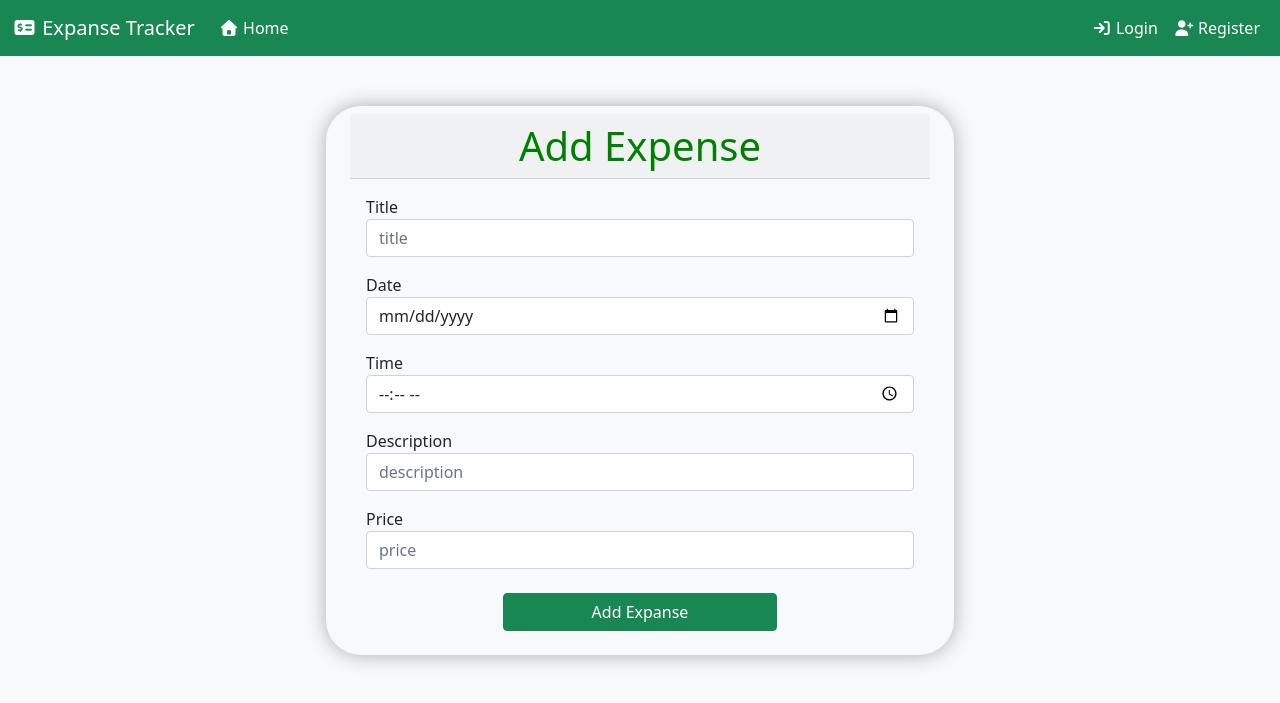
Repository: Hashim-Ansari-82/Java_Project
Page: http://localhost/Online_Expanse_Tracker/user/add_expense.jsp
The author's editor kept a copy of each file at every save. The page is drawn from the files as they stood at one save, then again after the next save.
The browser window is 1280 px wide. The pictures show the whole page.
Some web libraries are served in a nearby version. The page is served by Tomcat 9.

Above is the page before, as saved 2026-05-26 12:17:17.

After the next save:
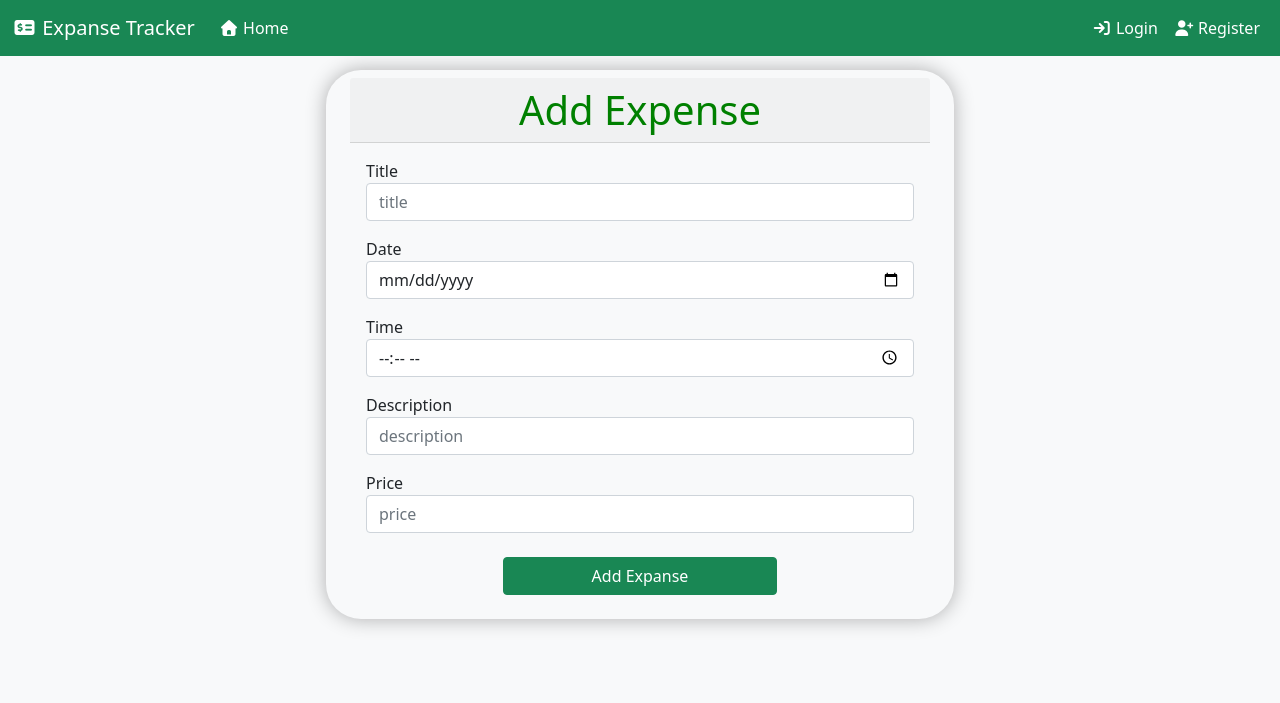
Saved 7 s later.
--- a/Online_Expanse_Tracker/src/main/webapp/user/add_expense.jsp
+++ b/Online_Expanse_Tracker/src/main/webapp/user/add_expense.jsp
@@ -19,7 +19,7 @@
 	<div
 		class="container-fluid d-flex justify-content-center
 	align-items-center"
-		style="height: 90vh;">
+		style="height: 80vh;">
 
 		<div class="card-sh py-2 px-4 row"
 			style="width: 50%; border-radius: 35px;">

After the save that followed:
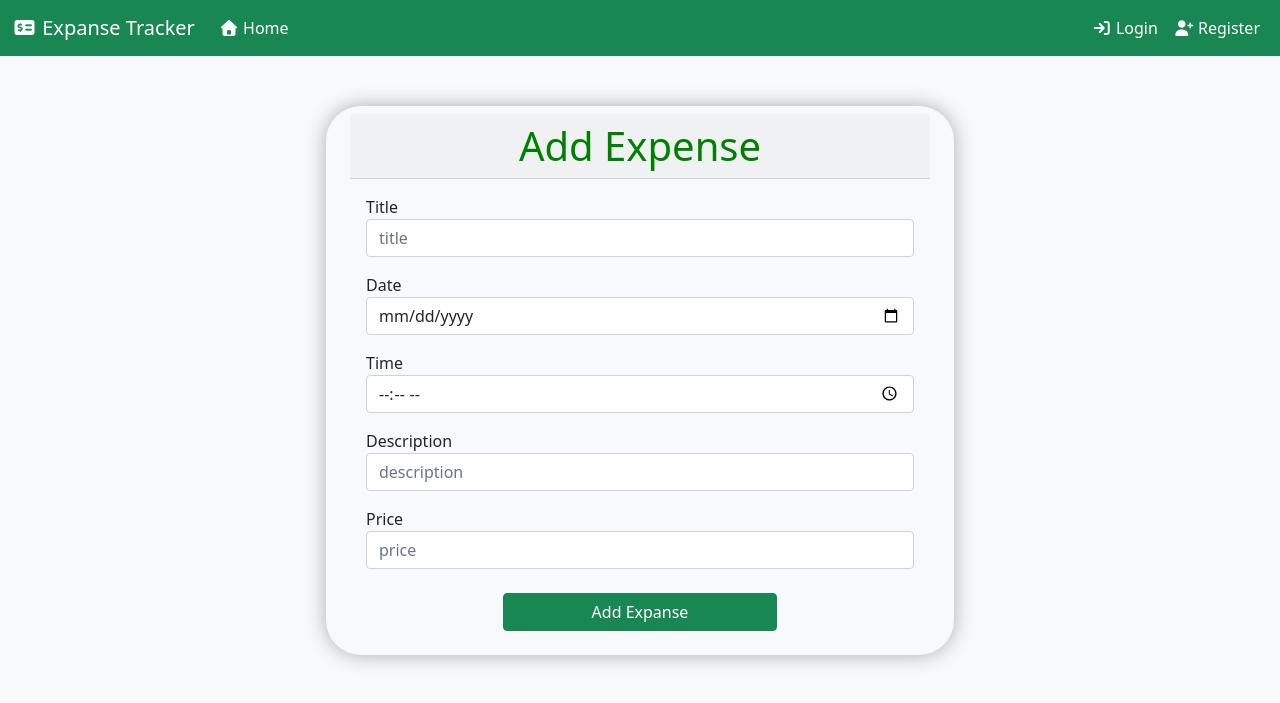
Saved 16 s later.
--- a/Online_Expanse_Tracker/src/main/webapp/user/add_expense.jsp
+++ b/Online_Expanse_Tracker/src/main/webapp/user/add_expense.jsp
@@ -19,7 +19,7 @@
 	<div
 		class="container-fluid d-flex justify-content-center
 	align-items-center"
-		style="height: 80vh;">
+		style="height: 90vh;">
 
 		<div class="card-sh py-2 px-4 row"
 			style="width: 50%; border-radius: 35px;">
